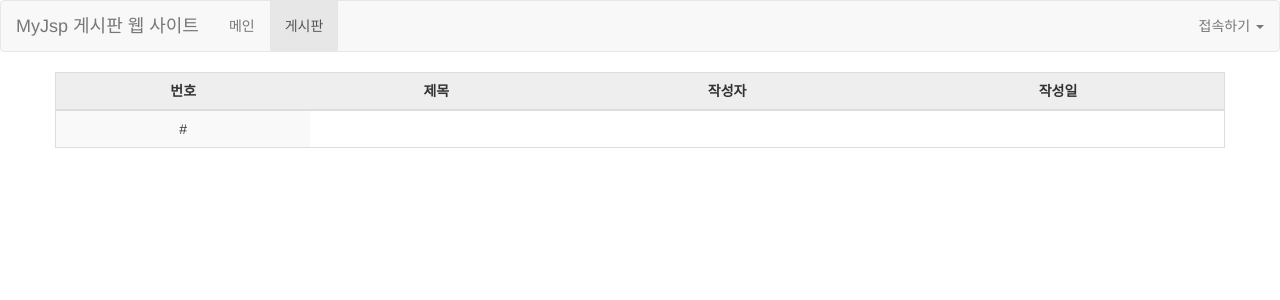
Repository: Ji3un/JspBoard
Page: http://localhost/BBS/bbs.jsp
These files come from the project's save history. The page is drawn as it stood at one moment and after the next save; the edit follows.
The browser window is 1280 px wide. The pictures show the whole page.
Some web libraries are served in a nearby version. The page is served by Tomcat 9. Other server files are loaded and not shown.

Above is the page before, as saved 2017-10-03 12:41:26.

### BBS/WebContent/bbs.jsp
<%@ page language="java" contentType="text/html; charset=UTF-8"
	pageEncoding="UTF-8"%>
<%@ page import="java.io.PrintWriter"%>
<!DOCTYPE html>
<html>
<head>
<meta name="viewport" content="width=device-width" , initial-scale="1">
<meta http-equiv="Content-Type" content="text/html; charset=UTF-8">
<link rel="stylesheet" href="css/bootstrap.css">
<title>Welcome</title>
</head>
<body>
	<%
		String userID = null;
		if (session.getAttribute("userID") != null) {
			userID = (String) session.getAttribute("userID");
		}
	%>
	<nav class="navbar navbar-default">
		<div class="navbar-header">
			<button type="button" class="navbar-toggle collapsed"
				data-toggle="collapse" data-target="#bs-example-navbar-collapse-1"
				aria-expanded="false">
				<span class="icon-bar"></span> <span class="icon-bar"></span> <span
					class="icon-bar"></span>
			</button>
			<a class="navbar-brand" href="main.jsp">MyJsp 게시판 웹 사이트</a>
		</div>
		<div class="collapse navbar-collapse"
			id="#bs-example-navbar-collapse-1">
			<ul class="nav navbar-nav">
				<li><a href="main.jsp">메인</a></li>
				<li class="active"><a href="bbs.jsp">게시판</a></li>
			</ul>
			<%
				if (userID == null) {
			%>
			<ul class="nav navbar-nav navbar-right">
				<li class="dropdown"><a class="dropdown-toggle"
					data-toggle="dropdown" role="button" href="#" aria-haspopup="true"
					aria-expanded="false"> 접속하기 <span class="caret"></span>
				</a>
					<ul class="dropdown-menu">
						<li><a href="login.jsp">로그인</a></li>
						<li><a href="join.jsp">회원가입</a></li>
					</ul></li>
			</ul>
			<%
				} else {
			%>
			<ul class="nav navbar-nav navbar-right">
				<li class="dropdown"><a class="dropdown-toggle"
					data-toggle="dropdown" role="button" href="#" aria-haspopup="true"
					aria-expanded="false"> 회원관리<span class="caret"></span>
				</a>
					<ul class="dropdown-menu">
						<li><a href="logoutAction.jsp">로그아웃</a></li>
					</ul></li>
			</ul>
			<%
				}
			%>
		</div>
	</nav>
	<div class="container">
		<div class="row">
			<table class="table table-striped" style="text-align:center; border:1px solid #dddddd;">
				<thead>
					<tr>
						<th style="background-color:#eeeeee; text-align:center;">번호</th>
						<th style="background-color:#eeeeee; text-align:center;">제목</th>
						<th style="background-color:#eeeeee; text-align:center;">작성자</th>
						<th style="background-color:#eeeeee; text-align:center;">작성일</th>
					</tr>
				</thead>
				<tbody>
					<tr>
						<td>#</td>
					</tr>
				</tbody>
			</table>
		</div>
	</div>
	<script src="https://code.jquery.com/jquery-3.2.1.min.js"></script>
	<script src="js/bootstrap.js"></script>
</body>
</html>

Loaded but not shown: BBS/WebContent/css/bootstrap.css (library); BBS/WebContent/js/bootstrap.js (library)

After the next save:
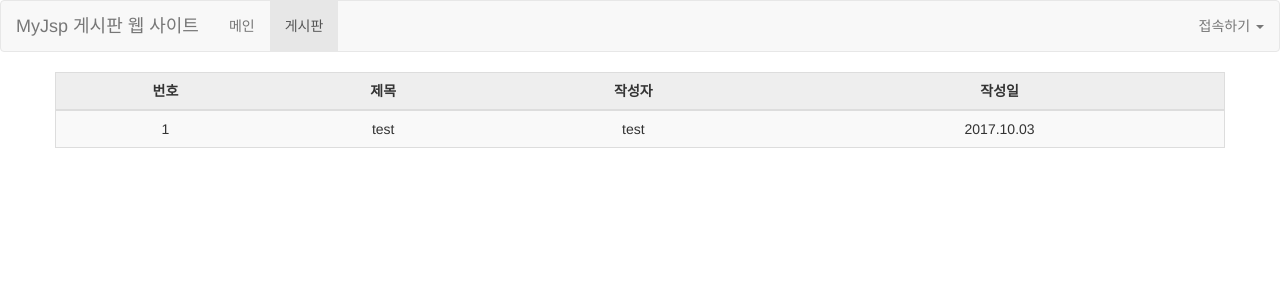
Saved 34 s later.
--- a/BBS/WebContent/bbs.jsp
+++ b/BBS/WebContent/bbs.jsp
@@ -75,7 +75,10 @@
 				</thead>
 				<tbody>
 					<tr>
-						<td>#</td>
+						<td>1</td>
+						<td>test</td>
+						<td>test</td>
+						<td>2017.10.03</td>
 					</tr>
 				</tbody>
 			</table>
